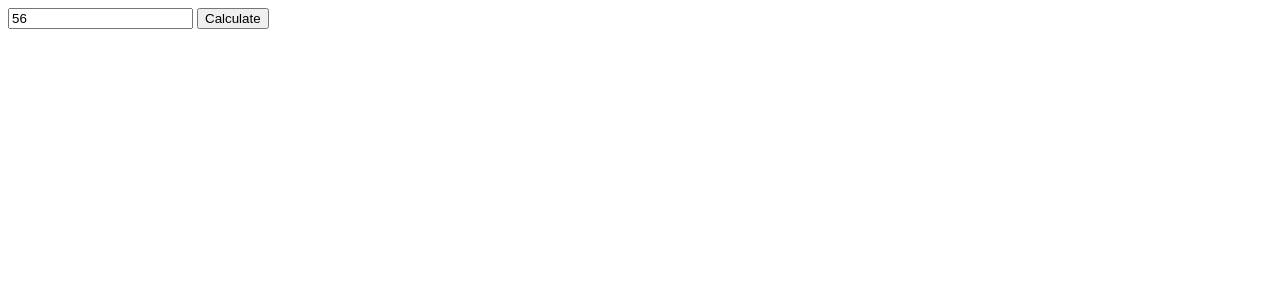
Repository: KHALIFASAID2020/Javascript-UDEMY-WEB
Page: index3.html
These files come from the project's save history. The page is drawn as it stood at one moment and after the next save; the edit follows.
The browser window is 1280 px wide. The pictures show the whole page.
Empty fields were first filled with sample values (such as "Sample", 5 or name@example.com).
After loading, the first visible `button` was clicked once.

Above is the page before, as saved 2019-10-22 00:00:59.

### index3.html
<!DOCTYPE html>
<html lang="en">
<head>
    <meta charset="UTF-8">
    <meta name="viewport" content="width=device-width, initial-scale=1.0">
    <meta http-equiv="X-UA-Compatible" content="ie=edge">
    <script>
        function calc(){
            document.getElementById("val1").value="56";
        }
    </script>
    <title>Document</title>
</head>
<body>
    <input type="text" id="val1">
    <button onClick="calc()">Calculate</button>
</body>
</html>

After the next save:
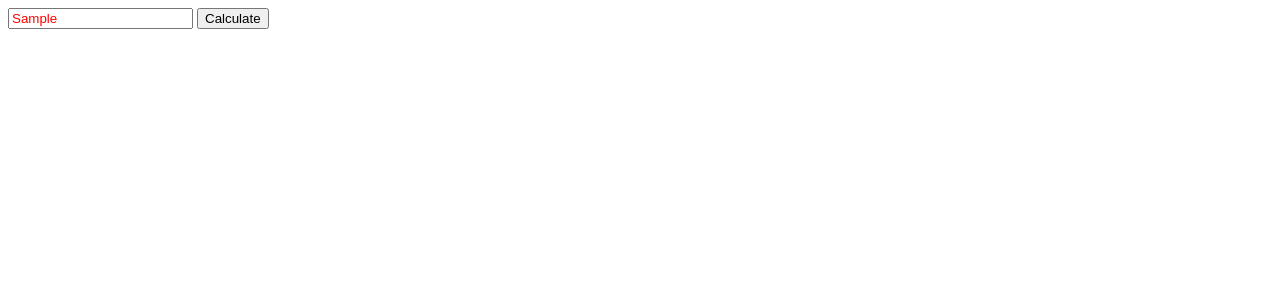
Saved 46 s later.
--- a/index3.html
+++ b/index3.html
@@ -6,7 +6,7 @@
     <meta http-equiv="X-UA-Compatible" content="ie=edge">
     <script>
         function calc(){
-            document.getElementById("val1").value="56";
+            document.getElementById("val1").style.color="red";
         }
     </script>
     <title>Document</title>
